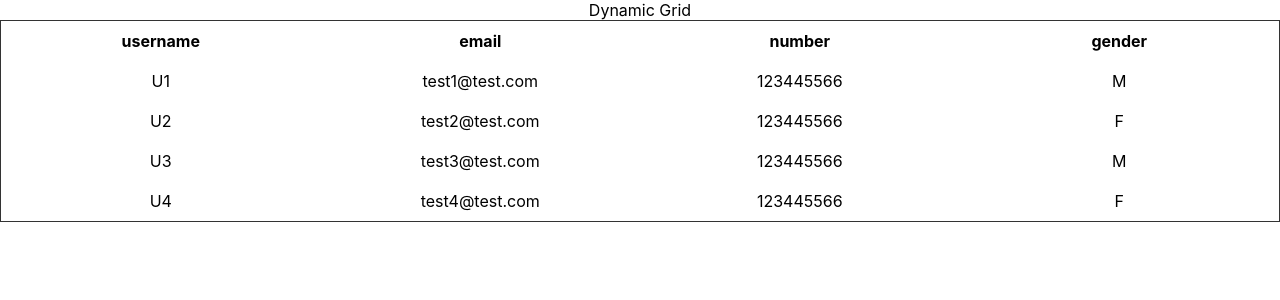
Repository: mayank-tavisca/dynamic-grids
Page: /
The author's editor kept a copy of each file at every save. The page is drawn from the files as they stood at one save, then again after the next save.
The browser window is 1280 px wide. The pictures show the whole page.
The project was rebuilt for these pictures with package versions that can differ from the ones it lists, and the page was loaded fresh each time.

Above is the page before, as saved 2020-02-04 10:30:33.

After the next save:
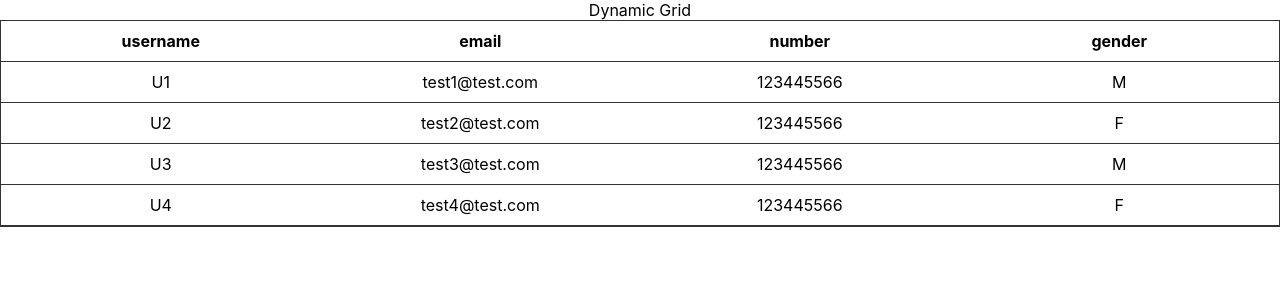
Saved 18 s later.
--- a/src/dynamic-grid/dynamicGrid.module.scss
+++ b/src/dynamic-grid/dynamicGrid.module.scss
@@ -6,6 +6,7 @@
   .tableRow {
     display: flex;
     flex-direction: row;
+    border-bottom: 1px solid #333;
 
     .tableCell {
       flex: 1 0 0;
